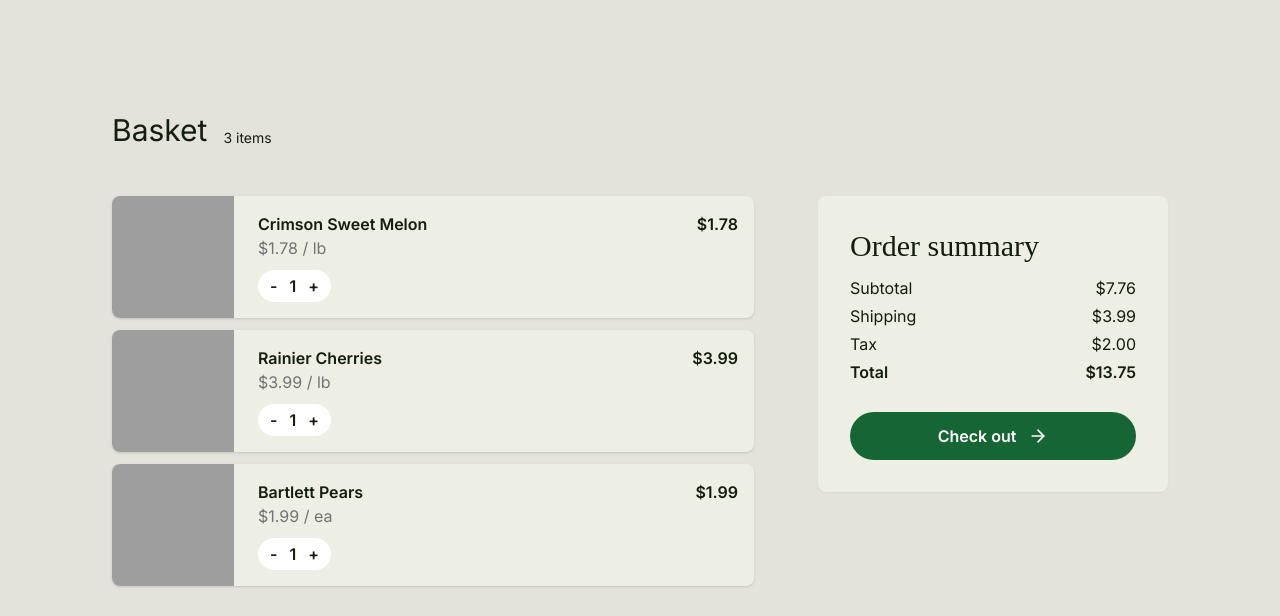
Repository: wswiselife/CSS
Page: / (app in figma-20240618/)
An editor plug-in stored every save of this project. The page is shown before and after the next save, followed by the edit.
The browser window is 1280 px wide. The pictures show the part of the page from y = 1280 to 1896 px (the page is 1896 px tall).
Pictures or frames that could not be fetched are drawn as grey boxes. Some web fonts or font styles are not loaded; a fallback is used. The project was rebuilt for these pictures with package versions that can differ from the ones it lists, and the page was loaded fresh each time. The framework's server and built-in components were replaced by stand-ins that run in the browser. Also part of the build but not shown: figma-20240618/next.config.mjs, figma-20240618/app/components/navbar/UserItem.tsx.

Above is the page before, as saved 2024-06-19 09:00:45.

After the next save:
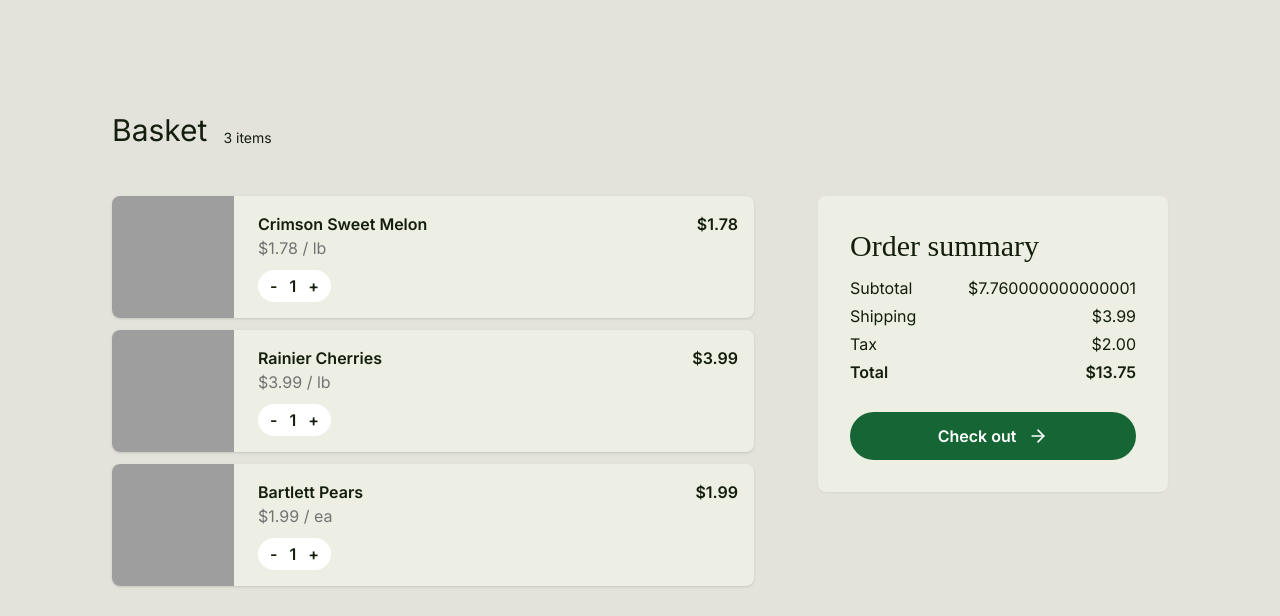
Saved 17 s later.
--- a/figma-20240618/app/components/Basket.tsx
+++ b/figma-20240618/app/components/Basket.tsx
@@ -117,7 +117,7 @@
                         <div className="flex justify-between items-center">
                             {/* 价格 */}
                             <p>Subtotal</p>
-                            <p>${grandTotal?.toFixed(2)}</p>
+                            <p>${grandTotal}</p>
                         </div>
                         <div className="flex justify-between items-center">
                             <p>Shipping</p>

After the 4 saves that followed:
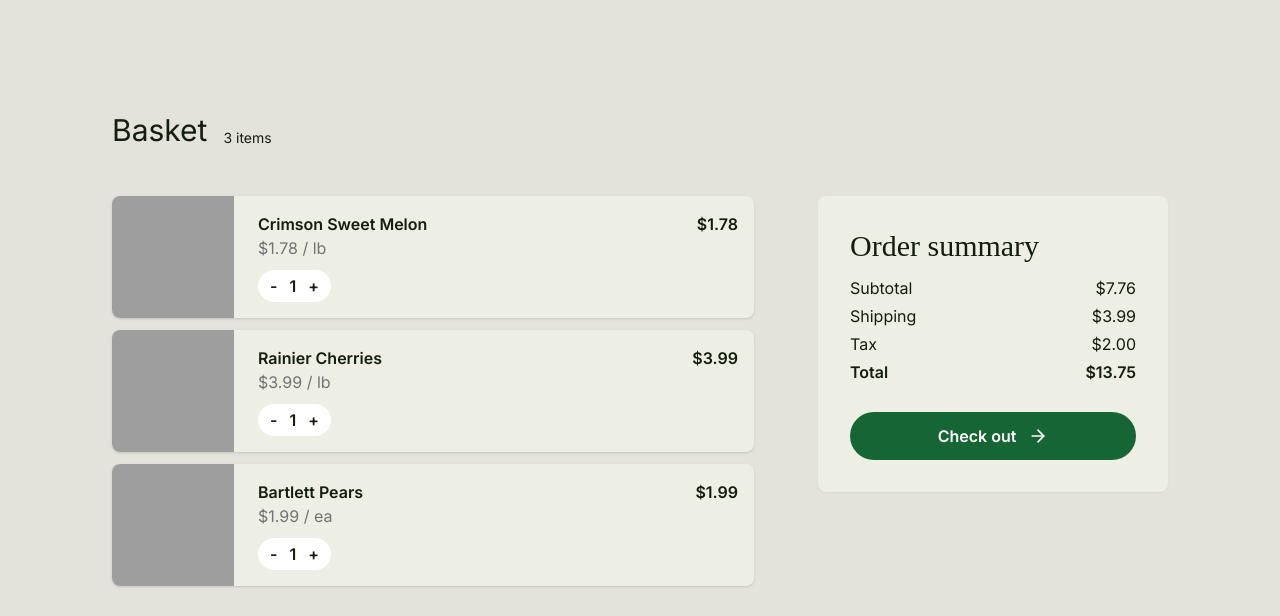
The 4 saves are shown as one change because 2 did not build or start and 1 left the picture as it was.
The last was saved 4 min 51 s later.
--- a/figma-20240618/app/components/Basket.tsx
+++ b/figma-20240618/app/components/Basket.tsx
@@ -117,7 +117,7 @@
                         <div className="flex justify-between items-center">
                             {/* 价格 */}
                             <p>Subtotal</p>
-                            <p>${grandTotal}</p>
+                            <p>${grandTotal.toFixed(2)}</p>
                         </div>
                         <div className="flex justify-between items-center">
                             <p>Shipping</p>
@@ -136,7 +136,7 @@
 
                     {/* button */}
                     <div className="w-full mt-4">
-                        <Button label="Check out" onClick={()=>{}} fullWidth icon={FiArrowRight} />
+                        <Button disabled={grandTotal === 0}  label="Check out" onClick={()=>{}} fullWidth icon={FiArrowRight} />
                     </div>
 
                 </div>
